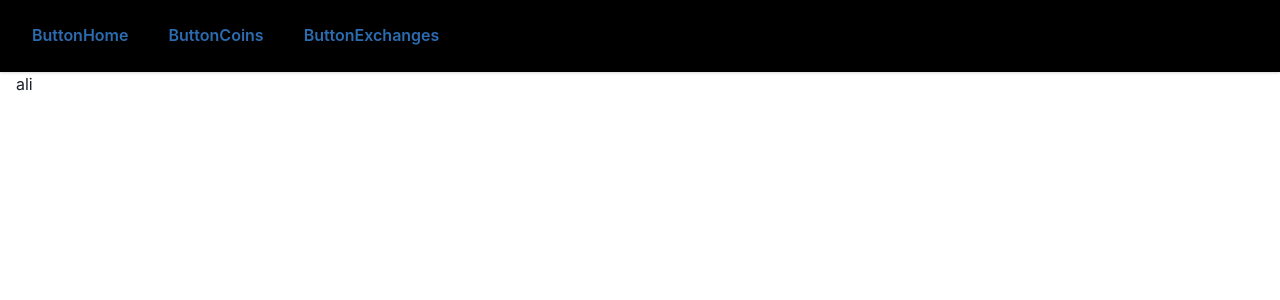
Repository: Attar786/cryptoapp
Page: /exchanges
The author's editor kept a copy of each file at every save. The page is drawn from the files as they stood at one save, then again after the next save.
The browser window is 1280 px wide. The pictures show the whole page.
The page's requests for data from a server got no answer. The project was rebuilt for these pictures with package versions that can differ from the ones it lists, and the page was loaded fresh each time. No one was signed in, and anything a server would have sent is missing. Also part of the build but not shown: vite.config.js, src/components/Home.jsx, src/components/Coins.jsx, src/components/CoinDetails.jsx, src/index.css.

Above is the page before, as saved 2024-03-16 17:30:07.

After the next save:
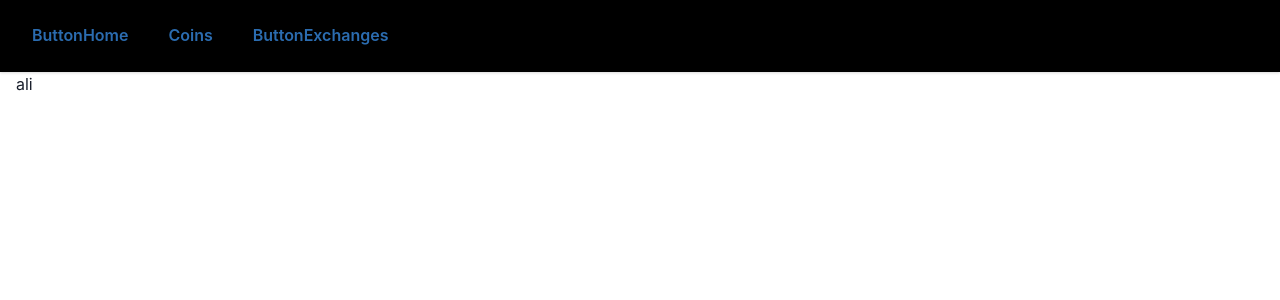
Saved 76 s later.
--- a/src/components/Header.jsx
+++ b/src/components/Header.jsx
@@ -8,7 +8,7 @@ const Header = () => {
 <Button colorScheme='blue' variant='ghost' >Button
 <Link to={"/"}   >Home</Link>
 </Button>
-<Button colorScheme='blue' variant='ghost' >Button
+<Button colorScheme='blue' variant='ghost' >
 <Link to={"/coins"}   >Coins</Link>
 </Button>
 <Button colorScheme='blue' variant='ghost' >Button
